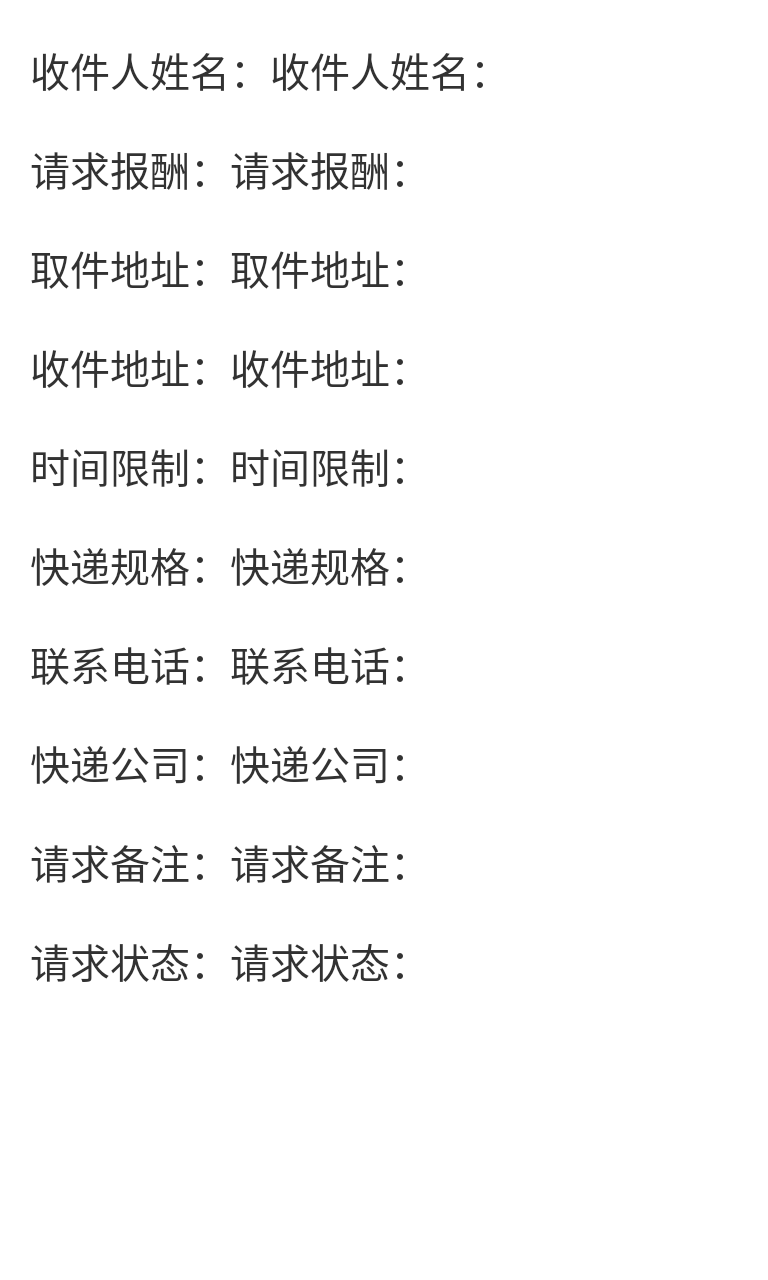
Repository: fariashen/campus-express
Layout: easyCourier/res/layout/activity_showrequestallinfo.xml
The author's editor kept a copy of each file at every save. The layout is drawn from the files as they stood at one save, then again after the next save.
It is drawn on a 768 x 1280 px phone screen (xhdpi) without system bars, with theme AppTheme; the app's code is not run. The app's manifest (not shown) leaves right-to-left support off. So textAlignment, textDirection and layoutDirection are ignored, and left and right values win over start and end ones.

Above is the layout before, as saved 2016-04-25 13:45:24.

### easyCourier/res/layout/activity_showrequestallinfo.xml
<?xml version="1.0" encoding="utf-8"?>
<ScrollView xmlns:android="http://schemas.android.com/apk/res/android"
    android:layout_width="fill_parent"
    android:layout_height="fill_parent"
    android:fadingEdge="vertical"
    android:scrollbars="vertical" >

    <RelativeLayout
        android:layout_width="match_parent"
        android:layout_height="match_parent"
        android:paddingLeft="15dp"
        android:paddingTop="10dp" >

        <TextView
            android:id="@+id/tv_tip_SRAI_CourierName"
            android:layout_width="wrap_content"
            android:layout_height="wrap_content"
            android:gravity="center"
            android:paddingBottom="10dp"
            android:paddingTop="10dp"
            android:text="快递员用户名："
            android:textSize="20sp"
            android:visibility="gone" />

        <TextView
            android:id="@+id/tv_SRAI_CourierName"
            android:layout_width="wrap_content"
            android:layout_height="wrap_content"
            android:layout_toEndOf="@id/tv_tip_SRAI_CourierName"
            android:gravity="center"
            android:paddingBottom="10dp"
            android:paddingTop="10dp"
            android:text="快递员用户名："
            android:textSize="20sp"
            android:visibility="gone" />

        <TextView
            android:id="@+id/tv_tip_SRAI_NickName"
            android:layout_width="wrap_content"
            android:layout_height="wrap_content"
            android:layout_below="@id/tv_tip_SRAI_CourierName"
            android:gravity="center"
            android:paddingBottom="10dp"
            android:paddingTop="10dp"
            android:text="收件人姓名："
            android:textSize="20sp" />

        <TextView
            android:id="@+id/tv_SRAI_NickName"
            android:layout_width="wrap_content"
            android:layout_height="wrap_content"
            android:layout_below="@id/tv_SRAI_CourierName"
            android:layout_toEndOf="@id/tv_tip_SRAI_NickName"
            android:gravity="center"
            android:paddingBottom="10dp"
            android:paddingTop="10dp"
            android:text="收件人姓名："
            android:textSize="20sp" />

        <TextView
            android:id="@+id/tv_tip_SRAI_Reward"
            android:layout_width="wrap_content"
            android:layout_height="wrap_content"
            android:layout_below="@id/tv_tip_SRAI_NickName"
            android:gravity="center"
            android:paddingBottom="10dp"
            android:paddingTop="10dp"
            android:text="请求报酬："
            android:textSize="20sp" />

        <TextView
            android:id="@+id/tv_SRAI_Reward"
            android:layout_width="wrap_content"
            android:layout_height="wrap_content"
            android:layout_below="@id/tv_tip_SRAI_NickName"
            android:layout_toEndOf="@id/tv_tip_SRAI_Reward"
            android:gravity="center"
            android:paddingBottom="10dp"
            android:paddingTop="10dp"
            android:text="请求报酬："
            android:textSize="20sp" />

        <TextView
            android:id="@+id/tv_tip_SRAI_AddForm"
            android:layout_width="wrap_content"
            android:layout_height="wrap_content"
            android:layout_below="@id/tv_tip_SRAI_Reward"
            android:gravity="center"
            android:paddingBottom="10dp"
            android:paddingTop="10dp"
            android:text="取件地址："
            android:textSize="20sp" />

        <TextView
            android:id="@+id/tv_SRAI_AddForm"
            android:layout_width="wrap_content"
            android:layout_height="wrap_content"
            android:layout_below="@id/tv_tip_SRAI_Reward"
            android:layout_toEndOf="@id/tv_tip_SRAI_AddForm"
            android:gravity="center"
            android:paddingBottom="10dp"
            android:paddingTop="10dp"
            android:text="取件地址："
            android:textSize="20sp" />

        <TextView
            android:id="@+id/tv_tip_SRAI_AddTo"
            android:layout_width="wrap_content"
            android:layout_height="wrap_content"
            android:layout_below="@id/tv_tip_SRAI_AddForm"
            android:gravity="center"
            android:paddingBottom="10dp"
            android:paddingTop="10dp"
            android:text="收件地址："
            android:textSize="20sp" />

        <TextView
            android:id="@+id/tv_SRAI_AddTo"
            android:layout_width="wrap_content"
            android:layout_height="wrap_content"
            android:layout_below="@id/tv_tip_SRAI_AddForm"
            android:layout_toEndOf="@id/tv_tip_SRAI_AddTo"
            android:gravity="center"
            android:paddingBottom="10dp"
            android:paddingTop="10dp"
            android:text="收件地址："
            android:textSize="20sp" />

        <TextView
            android:id="@+id/tv_tip_SRAI_TimeLimit"
            android:layout_width="wrap_content"
            android:layout_height="wrap_content"
            android:layout_below="@id/tv_tip_SRAI_AddTo"
            android:gravity="center"
            android:paddingBottom="10dp"
            android:paddingTop="10dp"
            android:text="时间限制："
            android:textSize="20sp" />

        <TextView
            android:id="@+id/tv_SRAI_TimeLimit"
            android:layout_width="wrap_content"
            android:layout_height="wrap_content"
            android:layout_below="@id/tv_tip_SRAI_AddTo"
            android:layout_toEndOf="@id/tv_tip_SRAI_TimeLimit"
            android:gravity="center"
            android:paddingBottom="10dp"
            android:paddingTop="10dp"
            android:text="时间限制："
            android:textSize="20sp" />

        <TextView
            android:id="@+id/tv_tip_SRAI_Size"
            android:layout_width="wrap_content"
            android:layout_height="wrap_content"
            android:layout_below="@id/tv_tip_SRAI_TimeLimit"
            android:gravity="center"
            android:paddingBottom="10dp"
            android:paddingTop="10dp"
            android:text="快递规格："
            android:textSize="20sp" />

        <TextView
            android:id="@+id/tv_SRAI_Size"
            android:layout_width="wrap_content"
            android:layout_height="wrap_content"
            android:layout_below="@id/tv_tip_SRAI_TimeLimit"
            android:layout_toEndOf="@id/tv_tip_SRAI_Size"
            android:gravity="center"
            android:paddingBottom="10dp"
            android:paddingTop="10dp"
            android:text="快递规格："
            android:textSize="20sp" />

        <TextView
            android:id="@+id/tv_tip_SRAI_Phone"
            android:layout_width="wrap_content"
            android:layout_height="wrap_content"
            android:layout_below="@id/tv_tip_SRAI_Size"
            android:gravity="center"
            android:paddingBottom="10dp"
            android:paddingTop="10dp"
            android:text="联系电话："
            android:textSize="20sp" />

        <TextView
            android:id="@+id/tv_SRAI_Phone"
            android:layout_width="wrap_content"
            android:layout_height="wrap_content"
            android:layout_below="@id/tv_tip_SRAI_Size"
            android:layout_toEndOf="@id/tv_tip_SRAI_Phone"
            android:gravity="center"
            android:paddingBottom="10dp"
            android:paddingTop="10dp"
            android:text="联系电话："
            android:textSize="20sp" />

        <TextView
            android:id="@+id/tv_tip_SRAI_Kinds"
            android:layout_width="wrap_content"
            android:layout_height="wrap_content"
            android:layout_below="@id/tv_tip_SRAI_Phone"
            android:gravity="center"
            android:paddingBottom="10dp"
            android:paddingTop="10dp"
            android:text="快递公司："
            android:textSize="20sp" />

        <TextView
            android:id="@+id/tv_SRAI_Kinds"
            android:layout_width="wrap_content"
            android:layout_height="wrap_content"
            android:layout_below="@id/tv_tip_SRAI_Phone"
            android:layout_toEndOf="@id/tv_tip_SRAI_Kinds"
            android:gravity="center"
            android:paddingBottom="10dp"
            android:paddingTop="10dp"
            android:text="快递公司："
            android:textSize="20sp" />

        <TextView
            android:id="@+id/tv_tip_SRAI_Remarks"
            android:layout_width="wrap_content"
            android:layout_height="wrap_content"
            android:layout_below="@id/tv_tip_SRAI_Kinds"
            android:gravity="center"
            android:paddingBottom="10dp"
            android:paddingTop="10dp"
            android:text="请求备注："
            android:textSize="20sp" />

        <TextView
            android:id="@+id/tv_SRAI_Remarks"
            android:layout_width="wrap_content"
            android:layout_height="wrap_content"
            android:layout_below="@id/tv_tip_SRAI_Kinds"
            android:layout_toEndOf="@id/tv_tip_SRAI_Remarks"
            android:gravity="center"
            android:paddingBottom="10dp"
            android:paddingTop="10dp"
            android:text="请求备注："
            android:textSize="20sp" />

        <TextView
            android:id="@+id/tv_tip_SRAI_State"
            android:layout_width="wrap_content"
            android:layout_height="wrap_content"
            android:layout_below="@id/tv_tip_SRAI_Remarks"
            android:gravity="center"
            android:paddingBottom="10dp"
            android:paddingTop="10dp"
            android:text="请求状态："
            android:textSize="20sp" />

        <TextView
            android:id="@+id/tv_SRAI_State"
            android:layout_width="wrap_content"
            android:layout_height="wrap_content"
            android:layout_below="@id/tv_tip_SRAI_Remarks"
            android:layout_toEndOf="@id/tv_tip_SRAI_State"
            android:gravity="center"
            android:paddingBottom="10dp"
            android:paddingTop="10dp"
            android:text="请求状态："
            android:textSize="20sp" />
    </RelativeLayout>

</ScrollView>

Loaded but not shown: easyCourier/res/values/styles.xml (common file); easyCourier/res/values-v11/styles.xml (common file); easyCourier/res/values-v14/styles.xml (common file)

After the next save:
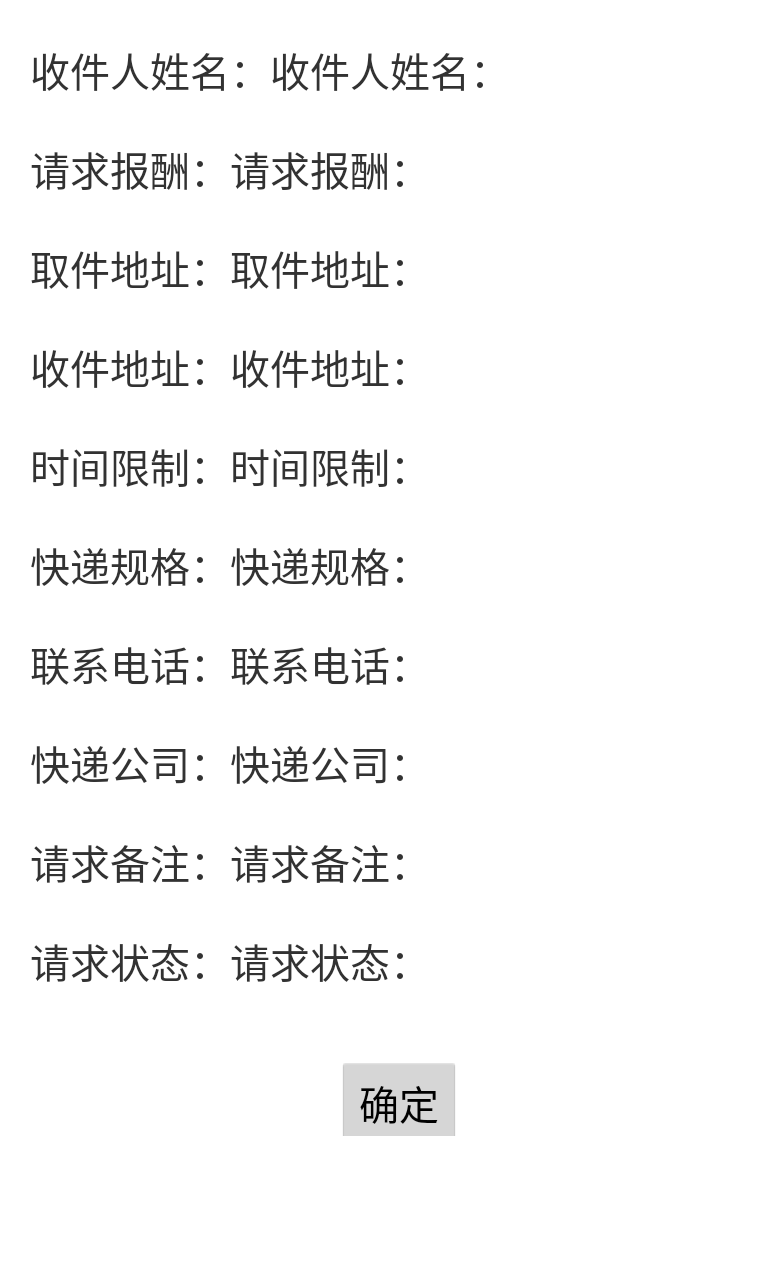
Saved 14 min 11 s later.
--- a/easyCourier/res/layout/activity_showrequestallinfo.xml
+++ b/easyCourier/res/layout/activity_showrequestallinfo.xml
@@ -263,6 +263,22 @@
             android:paddingTop="10dp"
             android:text="请求状态："
             android:textSize="20sp" />
+
+            <LinearLayout
+        android:layout_width="fill_parent"
+        android:layout_height="wrap_content"
+        android:layout_below="@id/tv_SRAI_State"
+        android:gravity="center" >
+
+        <Button
+            android:id="@+id/bt_PIE_Commit"
+            android:layout_width="wrap_content"
+            android:layout_height="wrap_content"
+            android:layout_marginTop="15sp"
+            android:gravity="center"
+            android:text="确定"
+            android:textSize="20sp" />
+    </LinearLayout>
     </RelativeLayout>
 
 </ScrollView>
